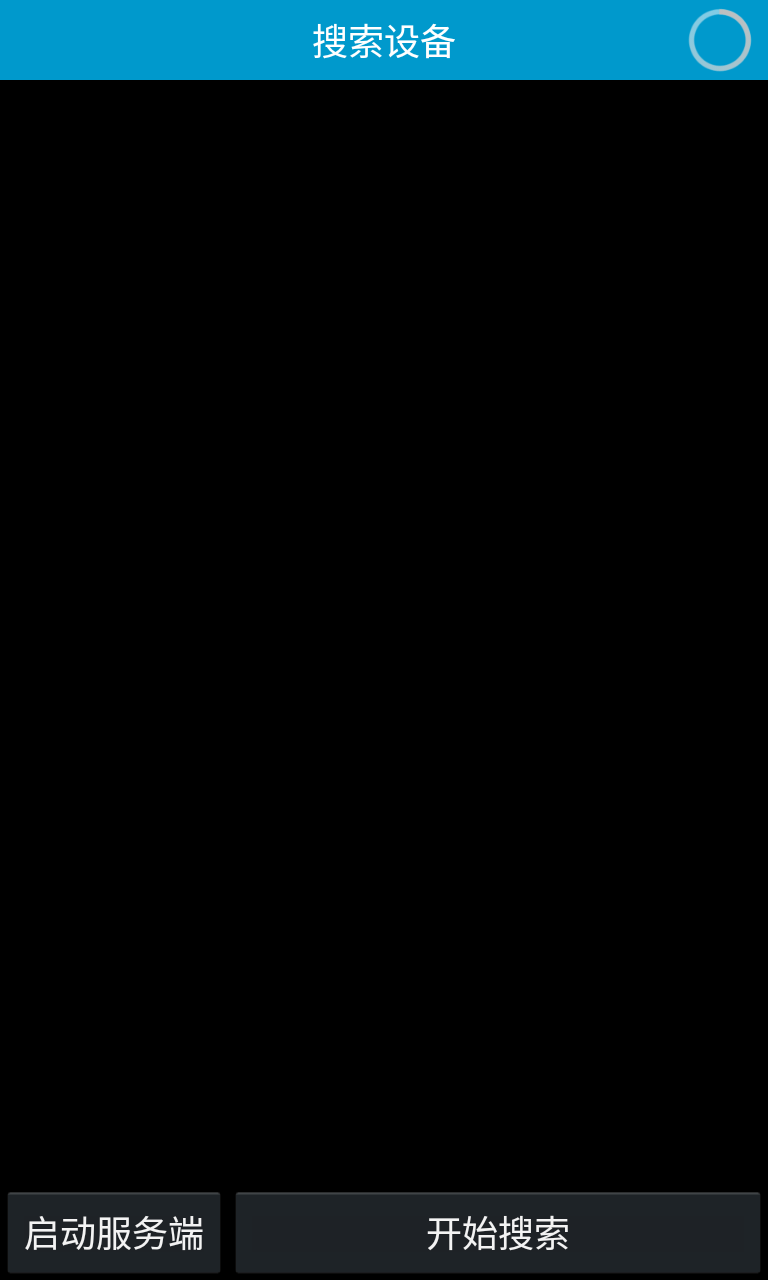
Repository: yihu0817/AndroidDemo
Layout: 蓝牙/AndroidBluetooth/res/layout/devices_layout.xml
The author's editor kept a copy of each file at every save. The layout is drawn from the files as they stood at one save, then again after the next save.
It is drawn on a 768 x 1280 px phone screen (xhdpi) without system bars, with theme android:Theme.Holo; the app's code is not run. Lists and similar views that code fills are empty.

Above is the layout before, as saved 2015-03-20 02:29:26.

### 蓝牙/AndroidBluetooth/res/layout/devices_layout.xml
<?xml version="1.0" encoding="utf-8"?>
<RelativeLayout xmlns:android="http://schemas.android.com/apk/res/android"
    android:id="@+id/devices"
    android:layout_width="fill_parent"
    android:layout_height="fill_parent"
    android:orientation="vertical" >

    <RelativeLayout
        android:id="@+id/title_layout"
        android:layout_width="fill_parent"
        android:layout_height="40dp"
        android:background="@android:color/holo_blue_dark" >

        <ProgressBar
            android:id="@+id/progress_bar"
            android:layout_width="wrap_content"
            android:layout_height="wrap_content"
            android:layout_alignParentRight="true" />

        <TextView
            android:id="@+id/title_txt"
            android:layout_width="wrap_content"
            android:layout_height="wrap_content"
            android:layout_centerInParent="true"

            android:text="搜索设备"
            android:textColor="@android:color/white"
            android:textSize="18sp" />
    </RelativeLayout>

    <RelativeLayout
        android:id="@+id/bt_bottombar"
        android:layout_width="fill_parent"
        android:layout_height="wrap_content"
        android:layout_alignParentBottom="true" >

        <Button
            android:id="@+id/start_service"
            android:layout_width="wrap_content"
            android:layout_height="wrap_content"
            android:text="启动服务端" />

        <Button
            android:id="@+id/start_seach"
            android:layout_width="fill_parent"
            android:layout_height="wrap_content"
            android:layout_toRightOf="@+id/start_service"
            android:text="开始搜索" />
    </RelativeLayout>

    <ListView
        android:id="@+id/list"
        android:layout_width="fill_parent"
        android:layout_height="fill_parent"
        android:layout_above="@id/bt_bottombar"
        android:layout_below="@id/title_layout"
        android:layout_weight="1.0"
        android:divider="#ffc6c6c6"
        android:scrollingCache="false" />

</RelativeLayout>

After the next save:
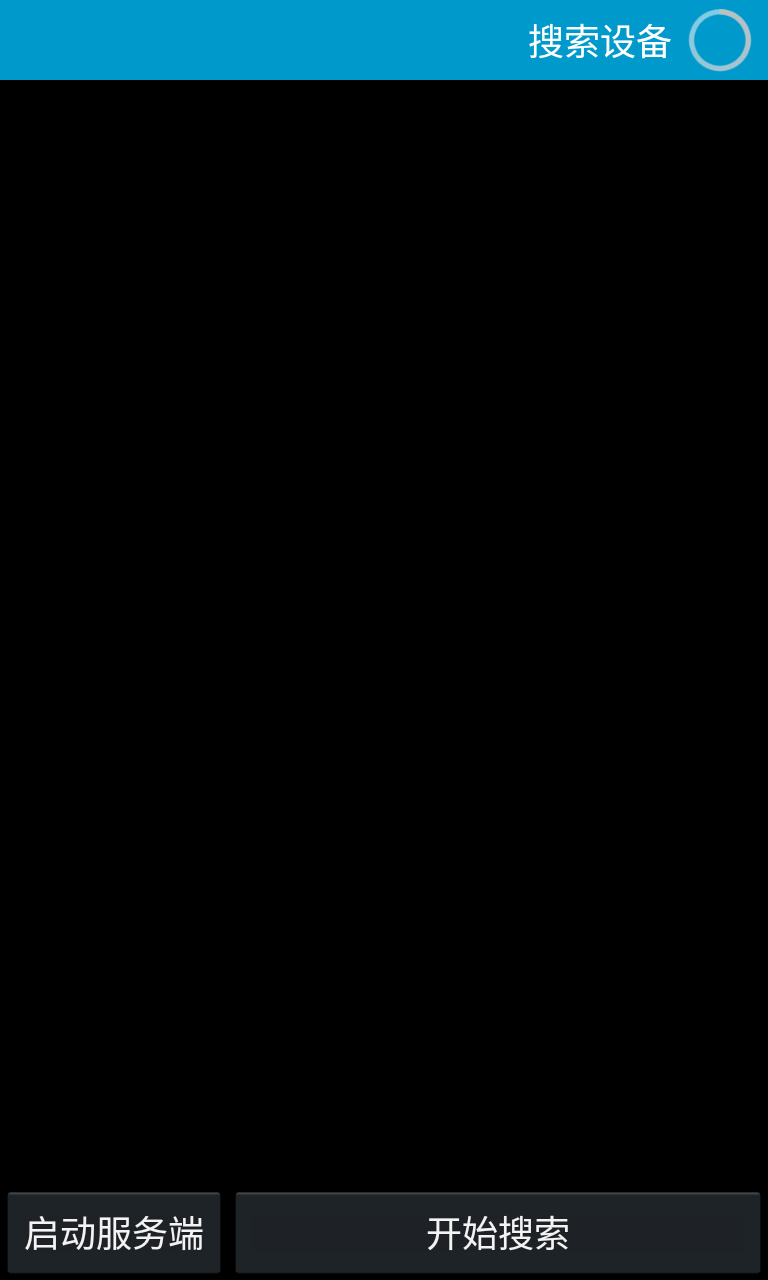
Saved 20 s later.
--- a/蓝牙/AndroidBluetooth/res/layout/devices_layout.xml
+++ b/蓝牙/AndroidBluetooth/res/layout/devices_layout.xml
@@ -22,7 +22,7 @@
             android:layout_width="wrap_content"
             android:layout_height="wrap_content"
             android:layout_centerInParent="true"
-
+			android:layout_toLeftOf="@id/progress_bar"
             android:text="搜索设备"
             android:textColor="@android:color/white"
             android:textSize="18sp" />

After the 2 saves that followed:
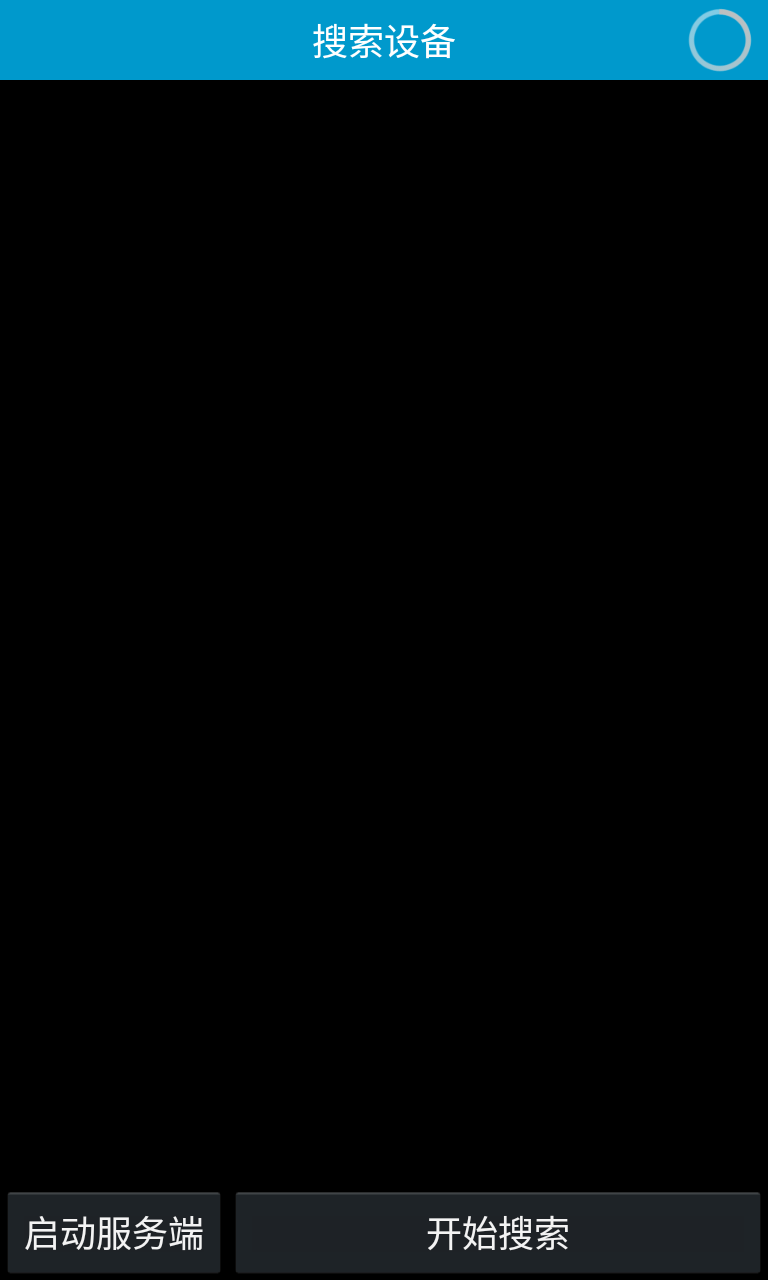
The 2 saves are shown as one change because they came seconds apart.
The last was saved 5 s later.
--- a/蓝牙/AndroidBluetooth/res/layout/devices_layout.xml
+++ b/蓝牙/AndroidBluetooth/res/layout/devices_layout.xml
@@ -22,7 +22,6 @@
             android:layout_width="wrap_content"
             android:layout_height="wrap_content"
             android:layout_centerInParent="true"
-			android:layout_toLeftOf="@id/progress_bar"
             android:text="搜索设备"
             android:textColor="@android:color/white"
             android:textSize="18sp" />
